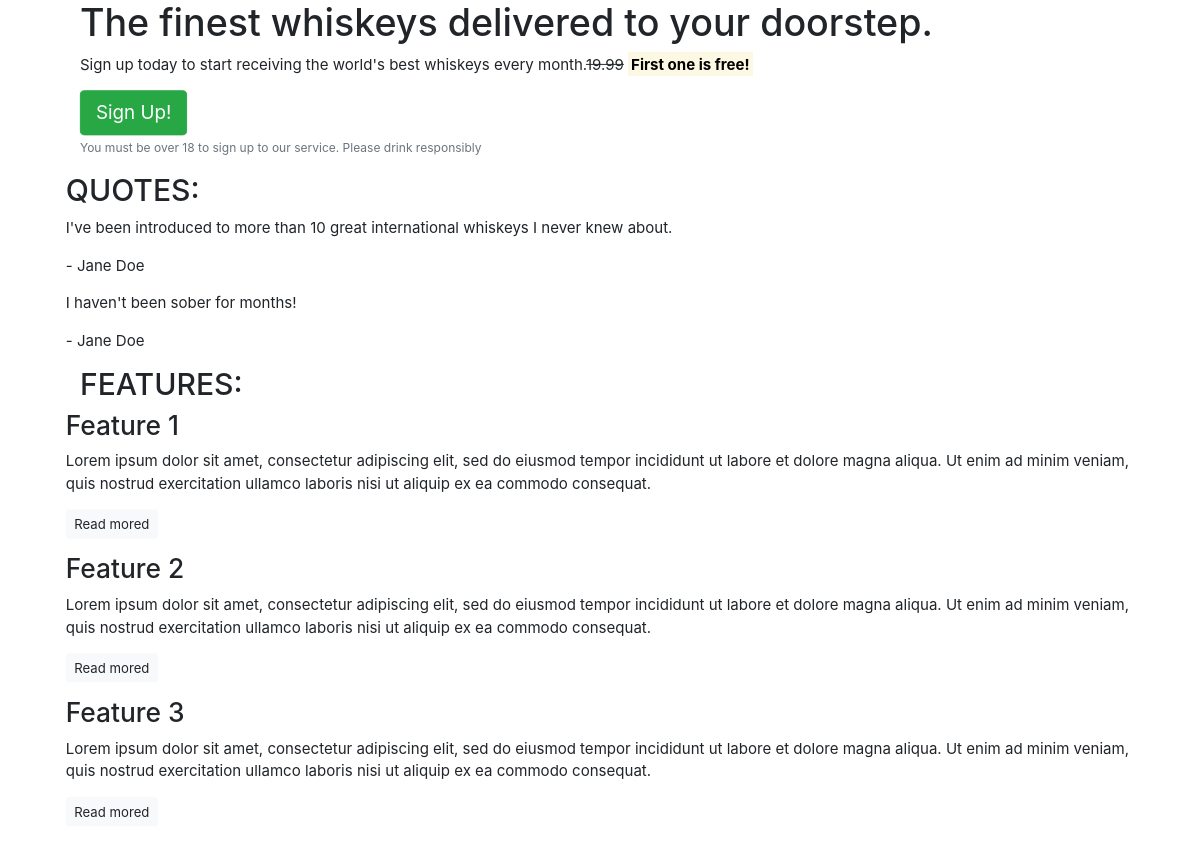
Repository: manub7/bootstrap4-mobile-first
Page: index.html
The author's editor kept a record of every edit. The page is drawn from the files as they stood at one moment, then again after the next edit.
The browser window is 1280 px wide. The pictures show the whole page, at 94% of full size.

Above is the page before.

After the next edit:
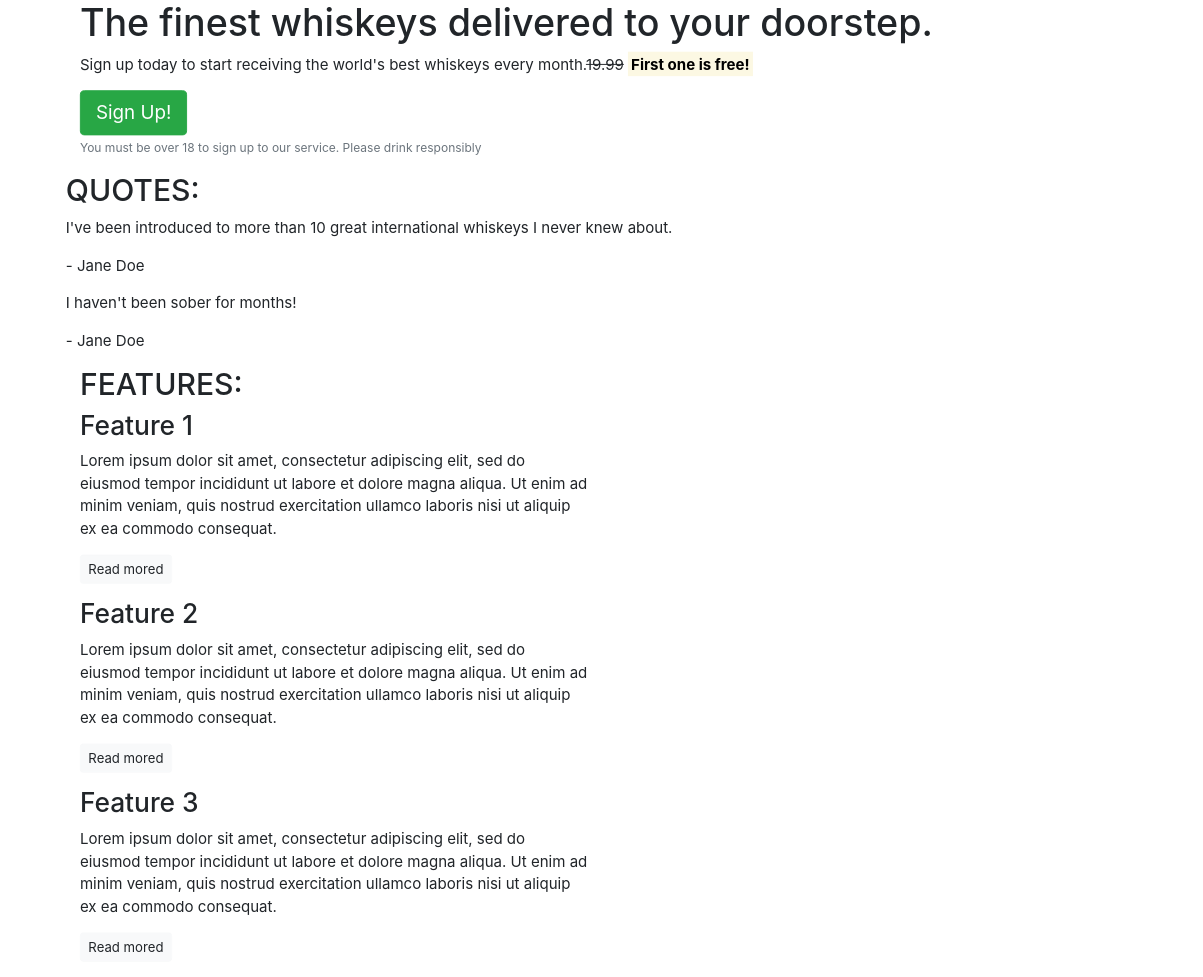
The edit:
--- a/index.html
+++ b/index.html
@@ -58,6 +58,7 @@
                     </div>
                 </div>
                 <div>
+                     <div class ="col-12 col-md-6">
                     <div class="feature">
                         <h3>Feature 1</h3>
                         <p>Lorem ipsum dolor sit amet, consectetur adipiscing elit, sed do eiusmod tempor incididunt ut labore et dolore magna aliqua. Ut enim ad minim veniam, quis nostrud exercitation ullamco laboris nisi ut aliquip ex ea commodo consequat.</p>
